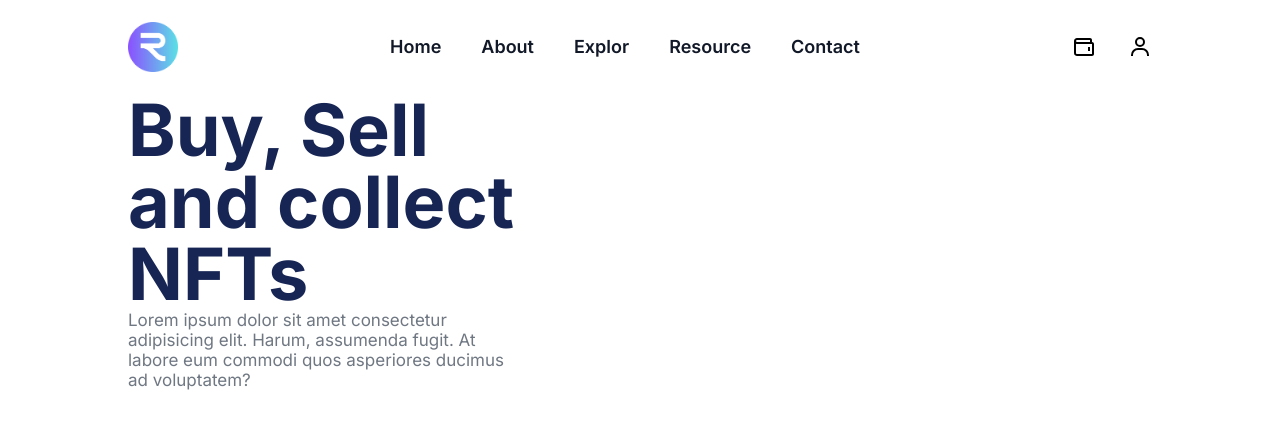
Repository: longblue2910/rimdasilva-ui
Page: /
The author's editor kept a copy of each file at every save. The page is drawn from the files as they stood at one save, then again after a run of saves.
The browser window is 1280 px wide. The pictures show the whole page.
The project was rebuilt for these pictures with package versions that can differ from the ones it lists, and the page was loaded fresh each time. The framework's server and built-in components were replaced by stand-ins that run in the browser. Also part of the build but not shown: next.config.mjs.

Above is the page before, as saved 2024-08-09 17:03:40.

### app/layout.tsx
import type { Metadata } from "next";
import { Inter } from "next/font/google";
import "./globals.css";
import ReponsiveNav from "@/components/Home/Navbar/ReponsiveNav";

const inter = Inter({ subsets: ["vietnamese"] });

export const metadata: Metadata = {
  title: "Rimdasilva Dev Blog",
  description: "Rimdasilva Dev Blog",
};

export default function RootLayout({
  children,
}: Readonly<{
  children: React.ReactNode;
}>) {
  return (
    <html lang="en">
      <body className={inter.className}>
        <ReponsiveNav />
        {children}
      </body>
    </html>
  );
}

### app/page.tsx
import Home from "@/components/Home/Home";

const HomePage = () => {
  return (
    <div>
      <Home />
    </div>
  );
};

export default HomePage;

### components/Home/Navbar/ReponsiveNav.tsx
"use client";

import React, { useState } from "react";
import Nav from "./Nav";
import MobileNav from "./MobileNav";

const ReponsiveNav = () => {
  const [showNav, setShowNav] = useState(false);
  const showNavHandler = () => setShowNav(true);
  const closeNavHandler = () => setShowNav(false);

  return (
    <>
      <Nav openNav={showNavHandler} />
      <MobileNav nav={showNav} closeNav={closeNavHandler} />
    </>
  );
};

export default ReponsiveNav;

### components/Home/Home.tsx
import React from "react";
import Hero from "./Hero/Hero";

const Home = () => {
  return (
    <div>
      <Hero />
    </div>
  );
};

export default Home;

### components/Home/Navbar/Nav.tsx
import { navLinks } from "@/constant/Constant";
import Image from "next/image";
import Link from "next/link";
import React from "react";
import { BiUser, BiWallet } from "react-icons/bi";
import { FaBars } from "react-icons/fa";

type Props = {
  openNav: () => void;
};

const Nav = ({ openNav }: Props) => {
  return (
    <div className="w-full h-[13vh]">
      <div className="w-[95%] sm:w-[85%] md:w-[80%] h-full mx-auto flex items-center justify-between">
        {/* Logo */}
        <Image
          src="/images/logo.png"
          alt="Logo"
          width={50}
          objectFit="cover"
          height={50}
        />

        {/* Nav Links */}
        <div className="lg:flex hidden items-center space-x-10">
          {navLinks.map((link) => {
            return (
              <Link href={link.url} key={link.id}>
                <p className="text-lg font-semibold cursor-pointer hover:text-blue-800 transition-all duration-200 text-gray-900">
                  {link.label}
                </p>
              </Link>
            );
          })}
        </div>

        {/* Icons */}
        <div className="flex items-center space-x-8">
          <BiWallet className="w-6 h-6 cursor-pointer hover:text-red-600 " />
          <BiUser className="w-6 h-6 cursor-pointer hover:text-red-600 " />
          <FaBars
            onClick={openNav}
            className="lg:hidden w-6 h-6 cursor-pointer hover:text-red-600 "
          />
        </div>
      </div>
    </div>
  );
};

export default Nav;

### components/Home/Navbar/MobileNav.tsx
import { navLinks } from "@/constant/Constant";
import Image from "next/image";
import Link from "next/link";
import React from "react";
import { BiX } from "react-icons/bi";

type Props = {
  nav: boolean;
  closeNav: () => void;
};

const MobileNav = ({ closeNav, nav }: Props) => {
  const reponsiveNav = nav ? "translate-x-0" : "translate-x-[-100%]";

  return (
    <div
      className={`transform ${reponsiveNav} transition-all duration-500 fixed top-0 left-0 z-[200] h-[100vh] right-0 bottom-0 bg-[#f3ff6b]`}
    >
      {/* Logo */}
      <div>
        <BiX
          onClick={closeNav}
          className="w-8 h-8 absolute top-[2rem] text-black z-[202] right-[2rem]"
        />
      </div>
      {/* Nav Links */}
      <div className="relative z-[201] space-y-12 flex flex-col items-center justify-center h-[60%]">
        {navLinks.map((link) => {
          return (
            <Link href={link.url} key={link.id}>
              <p className="text-2xl font-semibold cursor-pointer hover:text-blue-800 transition-all duration-200 text-gray-900">
                {link.label}
              </p>
            </Link>
          );
        })}
      </div>
    </div>
  );
};

export default MobileNav;

### components/Home/Hero/Hero.tsx
import React from "react";

const Hero = () => {
  return (
    <div className="h-cal[100vh-13vh] w-full flex justify-center flex-col">
      <div className="w-4/5 mx-auto items-center grid grid-cols-1 lg:grid-cols-5 gap-8">
        {/* Text content */}
        <div className="col-span-2">
          <h1 className="text-2xl sm:text-4xl lg:text-5xl xl:text-7xl text-blue-950 font-bold">
            Buy, Sell and collect NFTs
          </h1>
          <p className="text-sm md:text-[17px] text-gray-600 text-opacity-80">
            Lorem ipsum dolor sit amet consectetur adipisicing elit. Harum,
            assumenda fugit. At labore eum commodi quos asperiores ducimus ad
            voluptatem?
          </p>
        </div>
        {/* Image */}
      </div>
    </div>
  );
};

export default Hero;

### constant/Constant.ts
export const navLinks = [
  {
    id: 1,
    url: "#",
    label: "Home",
  },
  {
    id: 2,
    url: "#",
    label: "About",
  },
  {
    id: 3,
    url: "#",
    label: "Explor",
  },
  {
    id: 4,
    url: "#",
    label: "Resource",
  },
  {
    id: 5,
    url: "#",
    label: "Contact",
  },
];

Loaded but not shown: app/globals.css (common file); tailwind.config.ts (common file)

After the next 2 saves:
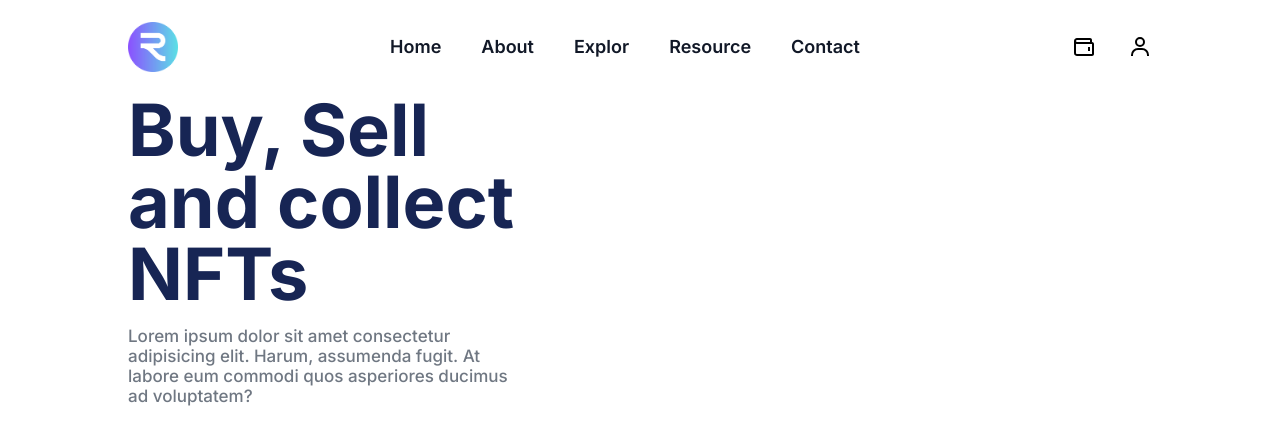
The 2 saves are shown as one change because they came seconds apart.
The last was saved 15 s later.
--- a/components/Home/Hero/Hero.tsx
+++ b/components/Home/Hero/Hero.tsx
@@ -9,7 +9,7 @@ const Hero = () => {
           <h1 className="text-2xl sm:text-4xl lg:text-5xl xl:text-7xl text-blue-950 font-bold">
             Buy, Sell and collect NFTs
           </h1>
-          <p className="text-sm md:text-[17px] text-gray-600 text-opacity-80">
+          <p className="text-sm md:text-[17px] text-gray-600 text-opacity-80 mt-4 font-medium">
             Lorem ipsum dolor sit amet consectetur adipisicing elit. Harum,
             assumenda fugit. At labore eum commodi quos asperiores ducimus ad
             voluptatem?
